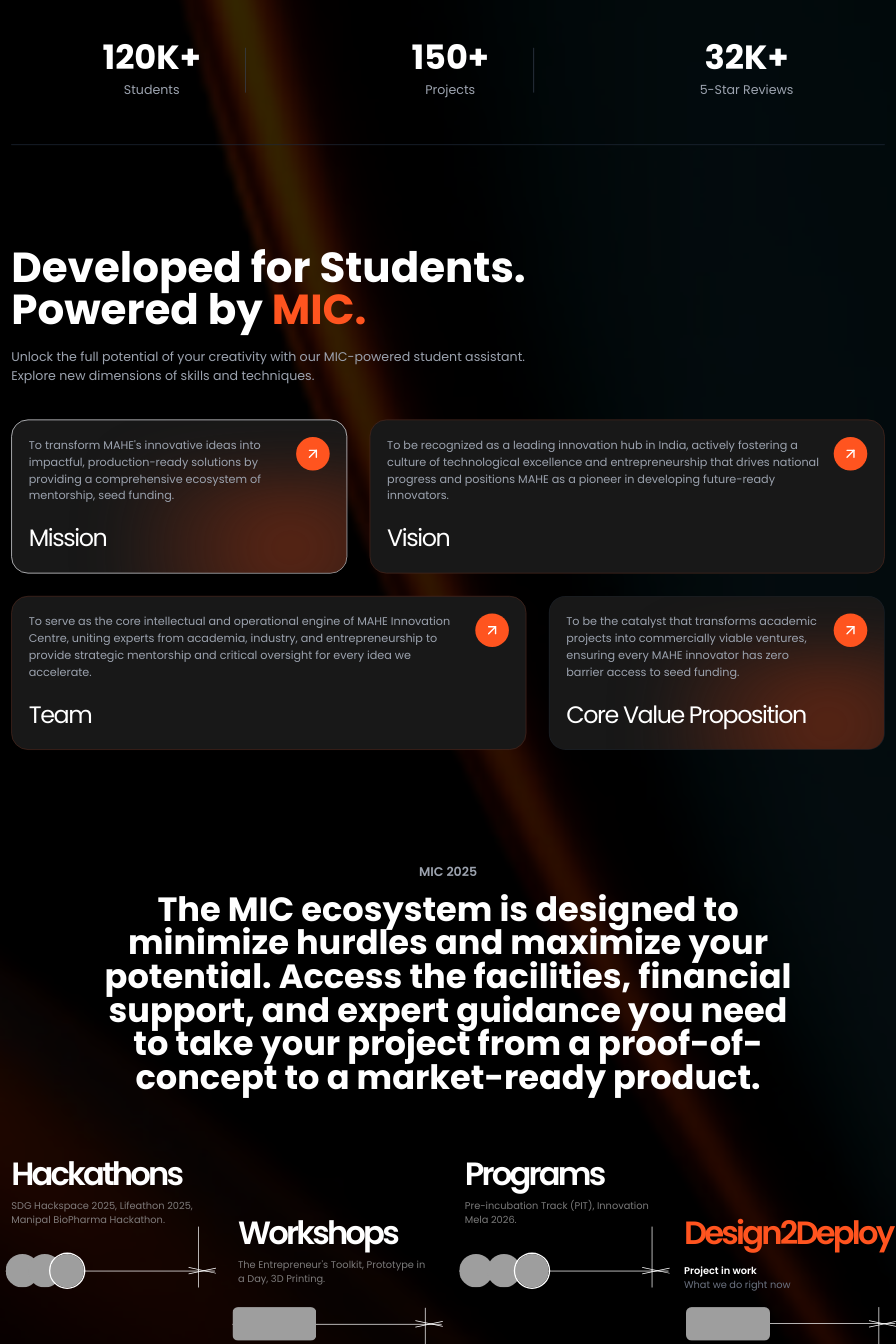
Repository: Sourish-19/Axiom
Page: /
The author's editor kept a copy of each file at every save. The page is drawn from the files as they stood at one save, then again after a run of saves.
The browser window is 1280 px wide. The pictures show the part of the page from y = 686 to 2606 px (the page is 5731 px tall), at 70% of full size.
Pictures or frames that could not be fetched are drawn as grey boxes. Some web libraries are served in a nearby version. The project was rebuilt for these pictures with package versions that can differ from the ones it lists, and the page was loaded fresh each time. Also part of the build but not shown: vite.config.ts, components/Modal.tsx, components/ContactForm.tsx, components/EventRegistrationForm.tsx.

Above is the page before, as saved 2025-10-02 16:00:21.

After the next 2 saves:
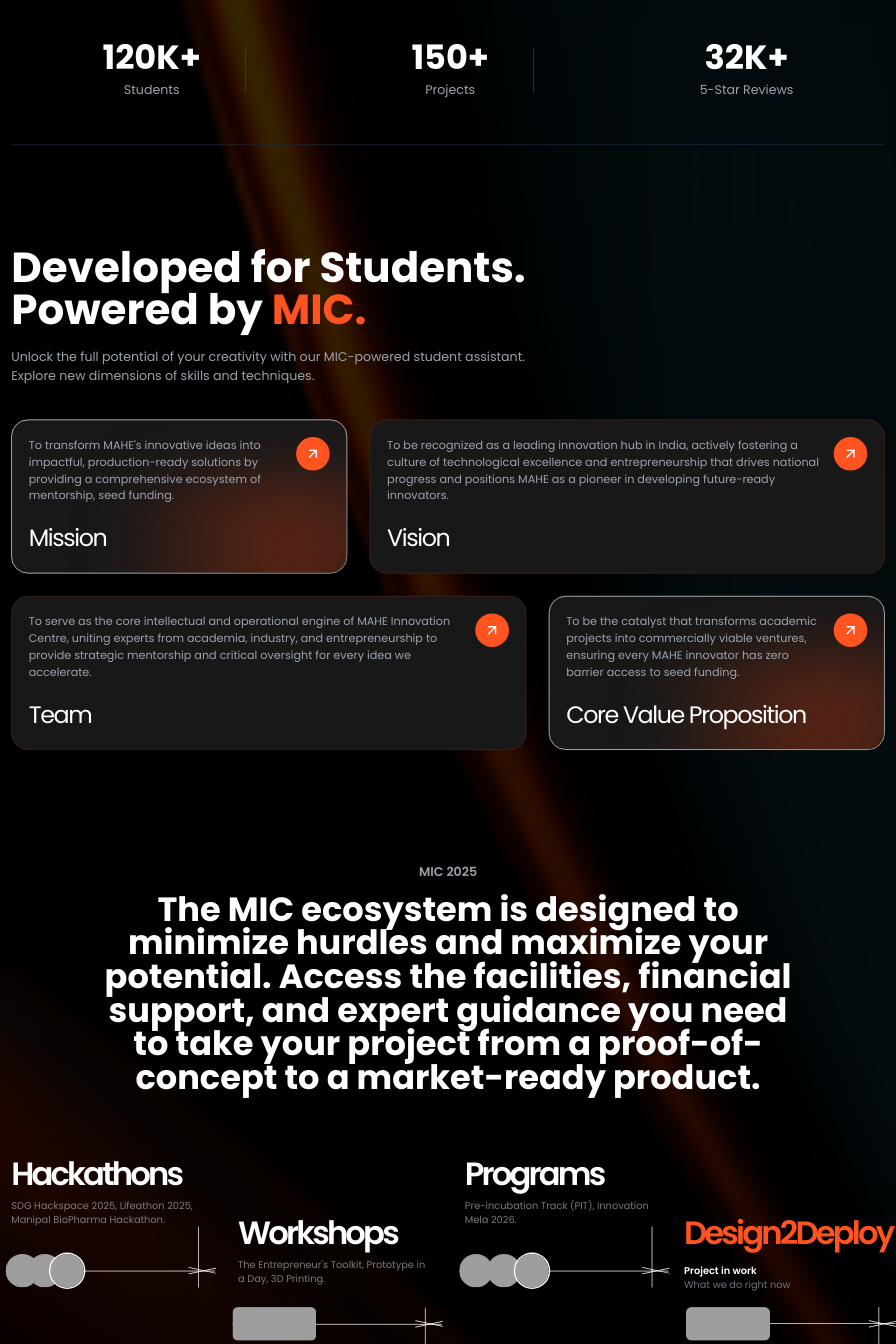
The 2 saves are shown as one change because they came seconds apart.
The last was saved 7 s later.
--- a/components/DevelopedForStudents.tsx
+++ b/components/DevelopedForStudents.tsx
@@ -57,7 +57,7 @@
             hasGradient={true}
           />
           <Card
-            className="md:col-span-3 border-[#49271d]"
+            className="md:col-span-3 border border-[#49271d]"
             title="Vision"
             content="To be recognized as a leading innovation hub in India, actively fostering a culture of technological excellence and entrepreneurship that drives national progress and positions MAHE as a pioneer in developing future-ready innovators."
           />
@@ -67,7 +67,7 @@
             content="To serve as the core intellectual and operational engine of MAHE Innovation Centre, uniting experts from academia, industry, and entrepreneurship to provide strategic mentorship and critical oversight for every idea we accelerate."
           />
           <Card
-            className="md:col-span-2 border-gray-800/50"
+            className="md:col-span-2"
             title="Core Value Proposition"
             content="To be the catalyst that transforms academic projects into commercially viable ventures, ensuring every MAHE innovator has zero barrier access to seed funding."
             hasGradient={true}
